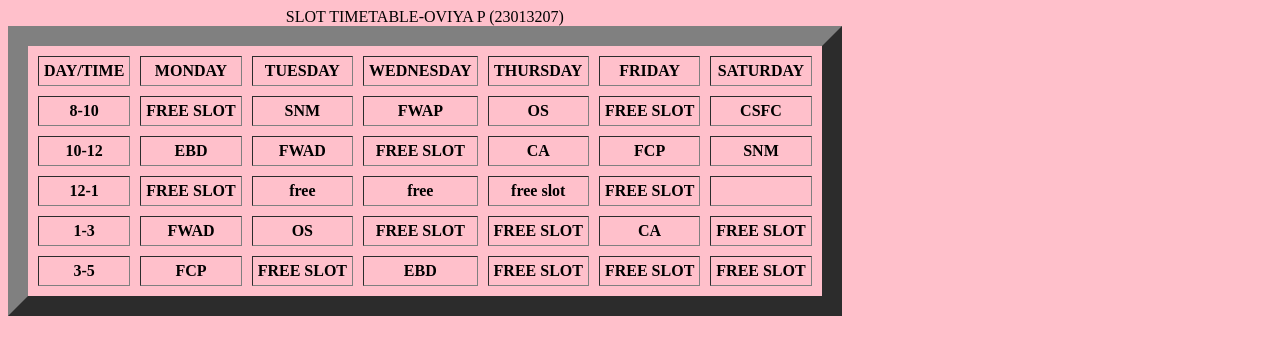
Repository: Oviya24032K6/slot
Page: oviya/static/time.html
An editor plug-in stored every save of this project. The page is shown before and after the next save, followed by the edit.
The browser window is 1280 px wide. The pictures show the whole page.

Above is the page before, as saved 2024-03-13 15:13:16.

### oviya/static/time.html
<html>
    <head>
        <title>SLOT TIMETABLE-OVIYA P (23013207)</title>
    </head>
    <body bgcolor="pink" align="center" >
    <table align="left" border="20" cellspacing="10" cellpadding="5">
    <caption>SLOT TIMETABLE-OVIYA P (23013207)</caption>
        <tr>
            <th>DAY/TIME</th>
            <th>MONDAY</th>
            <th>TUESDAY</th>
            <th>WEDNESDAY</th>
            <th>THURSDAY</th>
            <th>FRIDAY</th>
            <th>SATURDAY</th>
        </tr>
        <tr>
            <th>8-10</th>
            <th>FREE SLOT</th>
            <th>SNM</th>
            <th>FWAP</th>
            <th>OS</th>
            <th>FREE SLOT</th>
            <th>CSFC</th>
        </tr>
        <tr>
            <th>10-12</th>
            <th>EBD</th>
            <th>FWAD</th>
            <th>FREE SLOT</th>
            <th>CA</th>
            <th>FCP</th>
            <th>SNM</th>
        </tr>
        <tr>
            <th>12-1</th>
            <th>FREE SLOT</th>
            <th>free</th>
            <th>free</th>
            <th>free slot</th>
            <th>FREE SLOT</th>
            <th></th>

        </tr>
        <tr>
            <th>1-3</th>
            <th>FWAD</th>
            <th>OS</th>
            <th>FREE SLOT</th>
            <th>FREE SLOT</th>
            <th>CA</th>
            <th>FREE SLOT</th>
        </tr>
        <tr>
            <th>3-5</th>
            <th>FCP</th>
            <th>FREE SLOT</th>
            <th>EBD</th>
            <th>FREE SLOT</th>
            <th>FREE SLOT</th>
            <th>FREE SLOT</th>
        </tr>
</html>
</html>

After the next save:
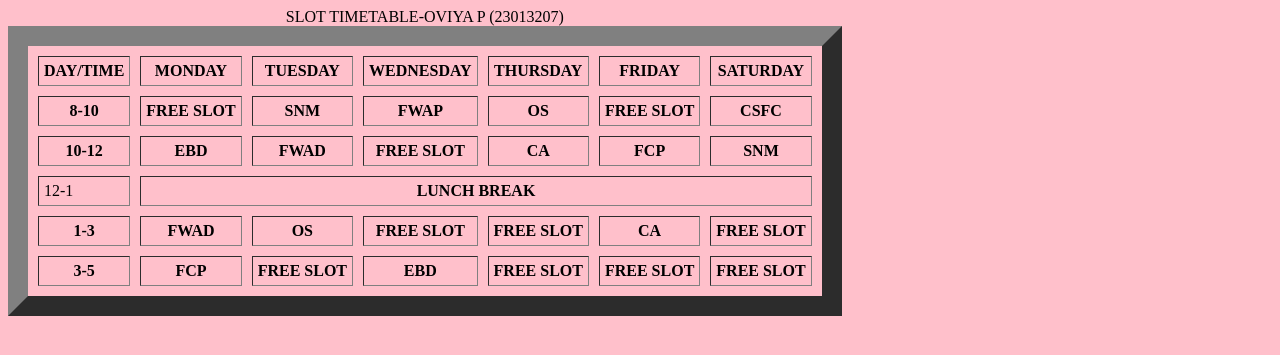
Saved 84 s later.
--- a/oviya/static/time.html
+++ b/oviya/static/time.html
@@ -33,14 +33,8 @@
             <th>SNM</th>
         </tr>
         <tr>
-            <th>12-1</th>
-            <th>FREE SLOT</th>
-            <th>free</th>
-            <th>free</th>
-            <th>free slot</th>
-            <th>FREE SLOT</th>
-            <th></th>
-
+            <td class="c1">12-1</td>
+            <th colspan="6">LUNCH BREAK</th>
         </tr>
         <tr>
             <th>1-3</th>
